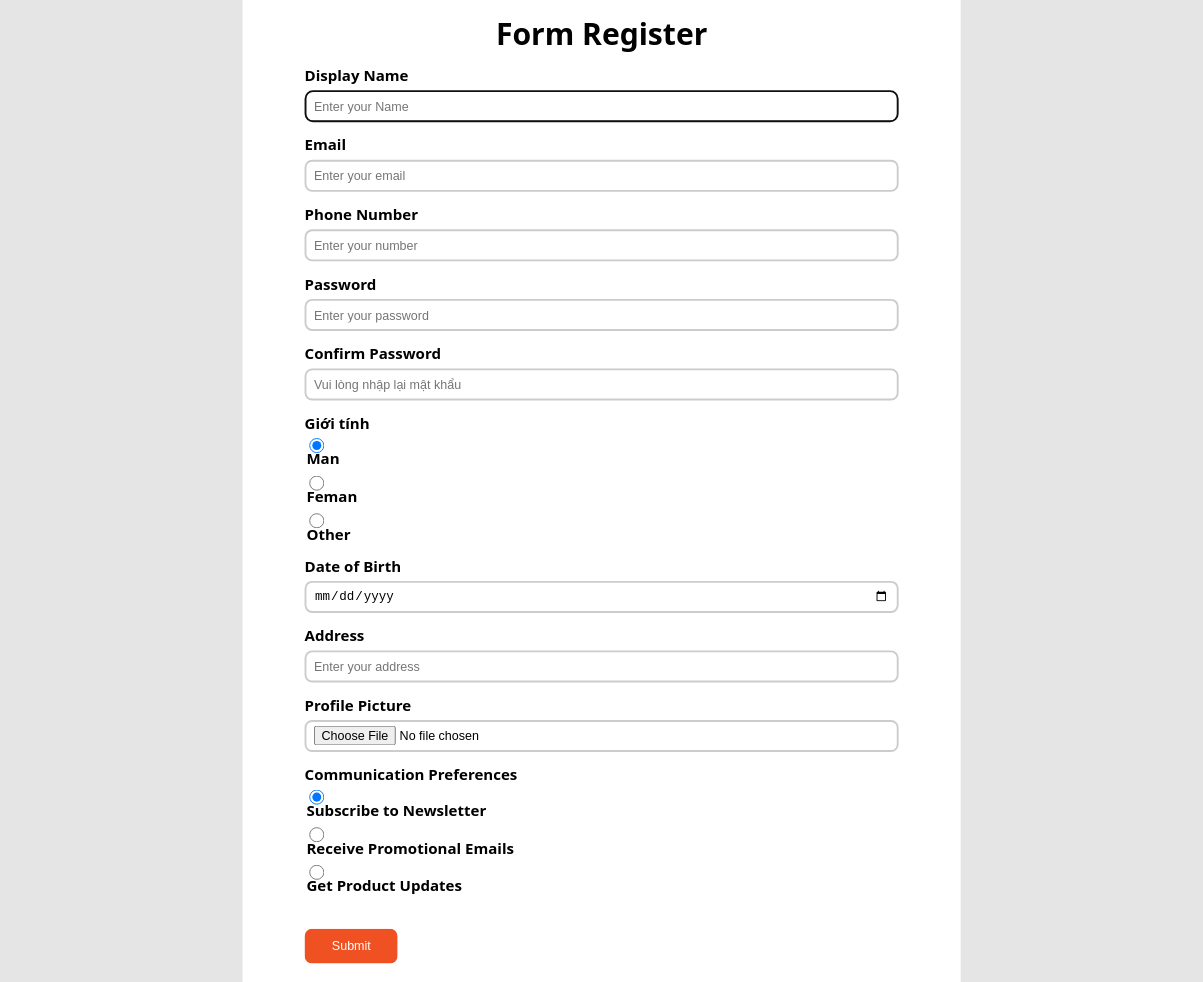
Repository: lannguyen1301/f8-zoom-day-4
Page: form.html
These files come from the project's save history. The page is drawn as it stood at one moment and after a run of saves; the edit follows.
The browser window is 1280 px wide. The pictures show the whole page, at 94% of full size.

Above is the page before, as saved 2025-04-19 23:06:11.

### form.html
<!DOCTYPE html>
<html lang="en">

<head>
    <meta charset="UTF-8">
    <meta name="viewport" content="width=device-width, initial-scale=1.0">
    <title>Form Register</title>
    <link rel="stylesheet" href="./assets/css/reset.css">
    <link rel="stylesheet" href="./assets/css/style.css">
    <link rel="stylesheet" href="./assets/css/form-resgiter.css">
</head>

<body>
    <div class="content">
        <h1 class="title-desc">Form Register</h1>
        <div class="top-desc">
            <form action="https://api-gateway.fullstack.edu.vn/action_page.php" method="post" autocomplete="off">
                <div class="form-group">
                    <label for="name">Display Name</label>
                    <input type="text" name="name" id="name" maxlength="20" minlength="5" pattern="[A-Za-z0-9]+"
                        size="30" placeholder="Enter your Name" required autocomplete="on" spellcheck="false" readonly
                        autofocus>
                </div>
                <div class="form-group">
                    <label for="email">Email</label>
                    <input type="email" name="email" id="email" placeholder="Enter your email" required
                        pattern="[a-z0-9._%+-]+@[a-z0-9.-]+\.[a-z]{2,}$" autocomplete="on" spellcheck="false"
                        inputmode="email" onchange="alert('Email của bạn đã thay đổi!')">
                </div>
                <div class="form-group">
                    <label for="phone">Phone Number</label>
                    <input type="tel" name="phone" id="phone" placeholder="Enter your number" required
                        pattern="^\+?[0-9]{10,15}$" maxlength="15" minlength="10" autocomplete="tel"
                        onchange="alert('Số điện thoại của bạn đã thay đổi!')" inputmode="tel">
                </div>
                <div class="form-group">
                    <label for="password">Password</label>
                    <input type="password" name="password" id="password" placeholder="Enter your password" required
                        maxlength="20" minlength="8" pattern="(?=.*\d)(?=.*[a-z])(?=.*[A-Z])(?=.*[@#$%^&+=]).{8,}"
                        autocomplete="current-password" autofocus spellcheck="false">
                </div>
                <div class="form-group">
                    <label for="confirm-password">Confirm Password</label>
                    <input type="password" name="confirm-password" id="confirm-password"
                        placeholder="Vui lòng nhập lại mật khẩu" required autocomplete="new-password" maxlength="20"
                        minlength="8">
                </div>
                <div class="form-group">
                    <label for=""> Giới tính</label>
                    <input type="radio" name="gender" id="male" value="male" required autofocus checked>
                    <label for="male">Man</label>
                    <input type="radio" name="gender" id="female" value="female" required autofocus>
                    <label for="female">Feman</label>
                    <input type="radio" name="gender" id="other" value="other" required autofocus>
                    <label for="other">Other</label>
                </div>
                <div class="form-group">
                    <label for="birthday">Date of Birth</label>
                    <input type="date" name="birthday" id="birthday" required autocomplete="bday-day" min="1900-01-01"
                        max="">
                </div>
                <div class="form-group">
                    <label for="address">Address</label>
                    <input type="text" name="address" id="address" placeholder="Enter your address" readonly autofocus
                        spellcheck="false" pattern="[A-Za-z0-9\s,]+">
                </div>
                <div class="form-group">
                    <label for="profile">Profile Picture</label>
                    <input type="file" name="profile" id="profile" required accept="image/*" autofocus>
                </div>
                <div class="form-group">
                    <label for="">Communication Preferences</label>
                    <input type="radio" name="preferences" id="newsletter" required checked>
                    <label for="newsletter">Subscribe to Newsletter</label>
                    <input type="radio" name="preferences" id="promotional" required>
                    <label for="promotional">Receive Promotional Emails</label>
                    <input type="radio" name="preferences" id="update" required>
                    <label for="update">Get Product Updates</label>
                </div>

                <div class="form-group">
                    <button type="submit" class="btn">Submit</button>
                </div>
            </form>
        </div>
    </div>
</body>

</html>

### assets/css/style.css
* {
    box-sizing: border-box;
}

body {
    margin: 0 auto;
    font-size: 16px;
    font-family: system-ui, "Segoe UI", Roboto, Helvetica, Arial, sans-serif,
        "Apple Color Emoji", "Segoe UI Emoji", "Segoe UI Symbol";
    background-color: #e6e5e5;
}

a {
    text-decoration: none;
}

.content {
    max-width: 764px;
    margin: inherit;
    padding: 20px 66px;
    background-color: #fff;
}

.top-desc {
    margin: 22px 0 35px;
    text-align: center;
}

.title-desc {
    /* margin: 30px 0; */
    font-size: 32px;
    color: #020202;
    font-weight: 900;
    text-align: center;
}

.list {
    margin: 20px 0;
    text-align: center;
    font-size: 16px;
    color: green;
    font-weight: 500;
}

.item {
    display: inline-block;
    margin: 0 20px;
    font-weight: 900;
    font-size: 1.5rem;
}

.link {
    color: inherit;
    padding: 10px;
}

.item:hover > .link {
    color: orange;
    background-color: #fafafa;
    padding: 10px;
    border-radius: 5px;
}

.infor-desc {
    margin-top: 8px;
    color: #020202;
}

.work-experience {
    text-transform: uppercase;
    font-weight: 500;
}

.company-top {
    width: 100%;
    margin-top: 16px;
    text-align: justify;
    display: flex;
    justify-content: space-between;
}

.company-left {
    display: inline-block;
}

.company-right {
    display: inline-block;
}

.company-left,
.company-right {
    font-weight: 500;
}

.company-bottom {
    margin-top: 20px;
}

.company-list {
    list-style: disc;
    margin-left: 28px;
    font-size: 13px;
    text-align: justify;
    line-height: 1.4;
}

.h2-desc {
    margin-top: 16px;
}

.company-bolt {
    font-weight: 500;
}

### assets/css/form-resgiter.css
.top-desc {
    margin: unset;
    text-align: unset;
}
form {
    margin-top: 20px;
}

.form-group {
    margin-top: 16px;
}

.form-group label,
.form-group input {
    display: block;
}

.form-group label {
    font-weight: 600;
}

.form-group input:not([type="radio"]):not([type="checkbox"]) {
    width: 100%;
    height: 34px;
    margin-top: 8px;
    padding: 4px 8px;
    border: 2px solid #ccc;
    border-radius: 8px;
}

.form-group input[type="radio"],
.form-group input[type="checkbox"],
.form-group input[type="radio"] + label,
.form-group input[type="checkbox"] + label {
    /* display: inline-block; */
    display: flex;
    align-items: center;
    align-items: center;
    /* justify-content: center; */
}

.form-group input[type="radio"] {
    width: 16px;
    height: 16px;
    margin-top: 8px;
}

.form-group input[type="radio"] + label {
    position: relative;
    top: -2px;
    margin-right: 16px;
    padding-left: 2px;
}

.form-group .btn {
    margin-top: 20px;
    padding: 10px 28px;
    border: 1px solid transparent;
    border-radius: 8px;
    color: #fff;
    background: #f05123;
    cursor: pointer;
}

.form-group .btn:hover {
    opacity: 0.9;
}

Loaded but not shown: assets/css/reset.css (common file)

After the next 2 saves:
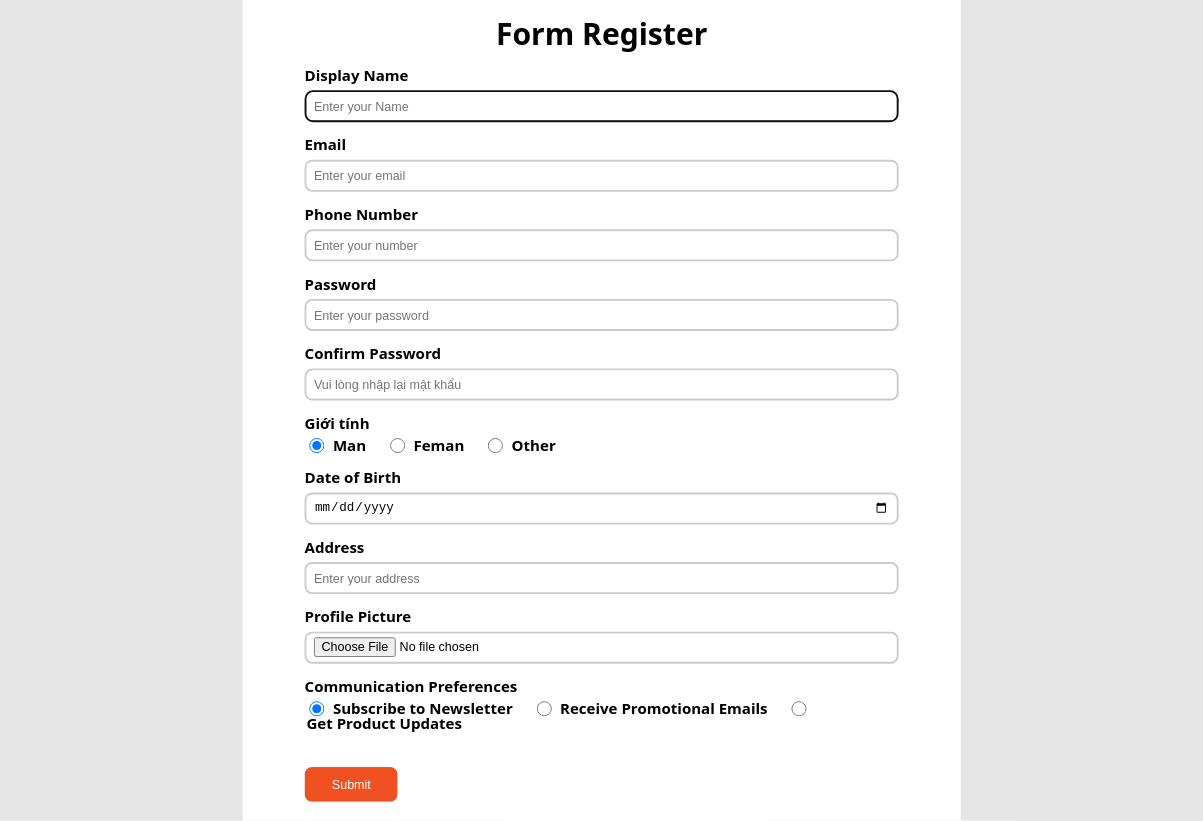
The 2 saves are shown as one change because they came seconds apart.
The last was saved 10 s later.
--- a/assets/css/form-resgiter.css
+++ b/assets/css/form-resgiter.css
@@ -32,11 +32,7 @@ form {
 .form-group input[type="checkbox"],
 .form-group input[type="radio"] + label,
 .form-group input[type="checkbox"] + label {
-    /* display: inline-block; */
-    display: flex;
-    align-items: center;
-    align-items: center;
-    /* justify-content: center; */
+    display: inline-block;
 }
 
 .form-group input[type="radio"] {
